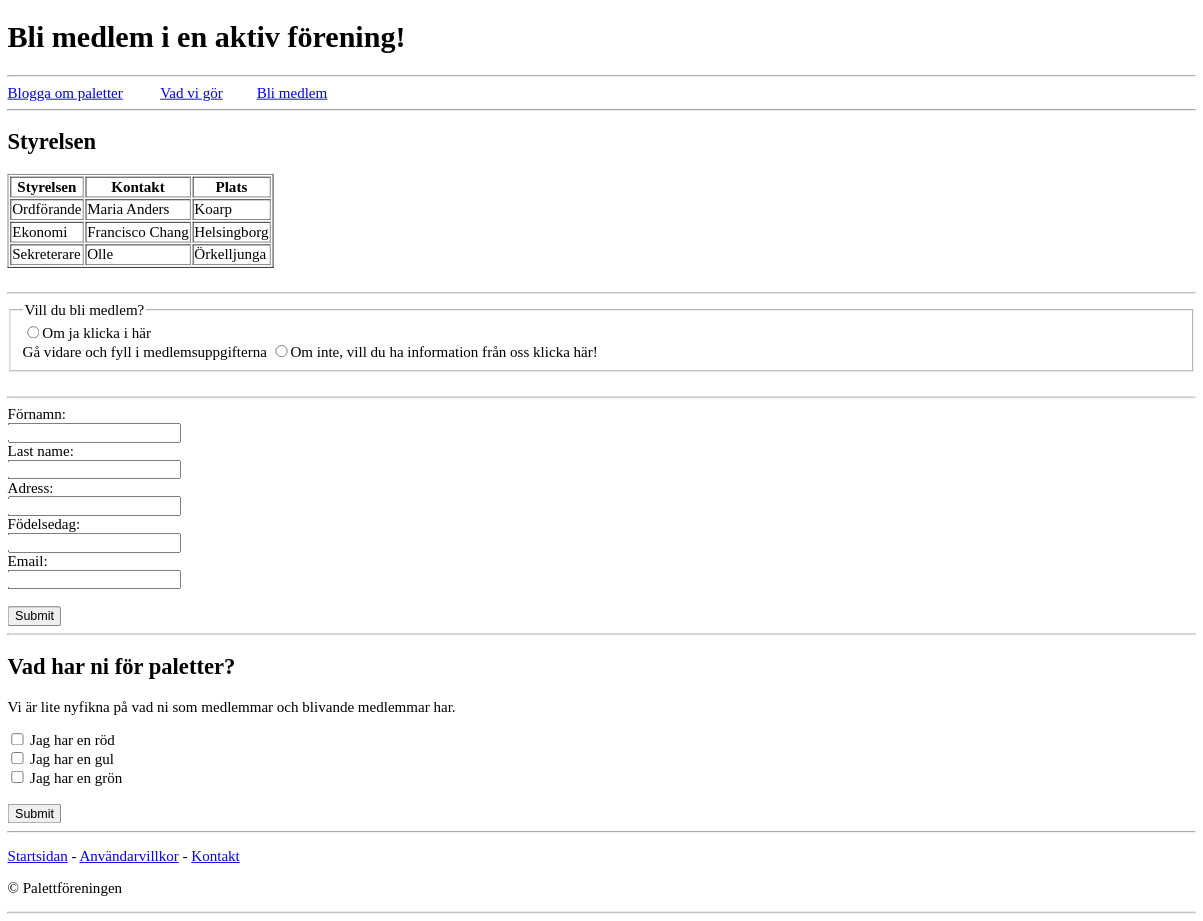
Repository: Webutveckling-20-21/Uppgift-1
Page: medlemskap.html
These files come from the project's save history. The page is drawn as it stood at one moment and after a run of saves; the edit follows.
The browser window is 1280 px wide. The pictures show the whole page, at 94% of full size.

Above is the page before, as saved 2021-09-07 22:19:50.

### medlemskap.html
<!DOCTYPE html>
<html lang="en">

<head>
    <meta charset="UTF-8">
    <meta name="viewport" content="width=device-width, initial-scale=1.0">
    <title>Palettföreningen</title>
</head>

<body>
    <header>
        <h1>Bli medlem i en aktiv förening!</h1>
        <hr>
        <a href="blogg.html">Blogga om paletter</a> &nbsp;&nbsp;&nbsp;&nbsp;&nbsp;&nbsp;&nbsp;&nbsp; <a
            href="verksamheten.html">Vad vi gör</a>&nbsp;&nbsp;&nbsp;&nbsp;&nbsp;&nbsp;&nbsp;&nbsp;
        <a href="medlemskap.html">Bli medlem</a>

    </header>
    <hr>
    <main>
        <h2>Styrelsen</h2>

        <table border="1">
            <tr>
                <th>Styrelsen</th>
                <th>Kontakt</th>
                <th>Plats</th>
            </tr>
            <tr>
                <td>Ordförande</td>
                <td>Maria Anders</td>
                <td>Koarp</td>
            </tr>
            <tr>
                <td>Ekonomi</td>
                <td>Francisco Chang</td>
                <td>Helsingborg</td>
            </tr>
            <tr>
                <td>Sekreterare</td>
                <td>Olle</td>
                <td>Örkelljunga</td>
            </tr>
        </table> <br>
        <hr>

        <form method="post">
            <fieldset>
                <legend>Vill du bli medlem?</legend>
                <label><input type="radio" name="radio">Om ja klicka i här</label><br>
                Gå vidare och fyll i medlemsuppgifterna</a>
                <label><input type="radio" name="radio">Om inte, vill du ha information från oss klicka här!</label>
            </fieldset> <br>
            <hr>
            <label for="fname">Förnamn:</label><br>
            <input type="text" id="text" name="text" value=""><br>
            <label for="lname">Last name:</label><br>
            <input type="text" id="text" name="text" value=""><br>
            <label for="text">Adress:</label><br>
            <input type="text" id="text" name="text" value=""><br>
            <label for="text">Födelsedag:</label><br>
            <input type="text" id="tel" name="text" value=""><br>

            <label for="email">Email:</label><br>
            <input type="email" id="email" name="email" multiple> <br> <br>
            <input type="submit" value="Submit">
        </form>


    </main>
    <hr>
    <aside>
        <h2>Vad har ni för paletter?</h2>
        <p>Vi är lite nyfikna på vad ni som medlemmar och blivande medlemmar har.</p>

        <form>
            <input type="checkbox" id="red" name="red" value="red">
            <label for="red"> Jag har en röd</label><br>
            <input type="checkbox" id="yellow" name="yellow" value="yellow">
            <label for="yellow">Jag har en gul</label><br>
            <input type="checkbox" id="green" name="green" value="green">
            <label for="green"> Jag har en grön</label><br><br>
            <input type="submit" value="Submit">
        </form>




    </aside>
    <hr>
    <footer>
        <nav>
            <p>
                <a href="blogg.html">Startsidan</a> -
                <a href="villkor.html">Användarvillkor</a> -
                <a href="kontakt.html">Kontakt</a>
            </p>
        </nav>
        <p> &copy; Palettföreningen</p>

    </footer>
    <hr>

</body>


</html>

After the next 2 saves:
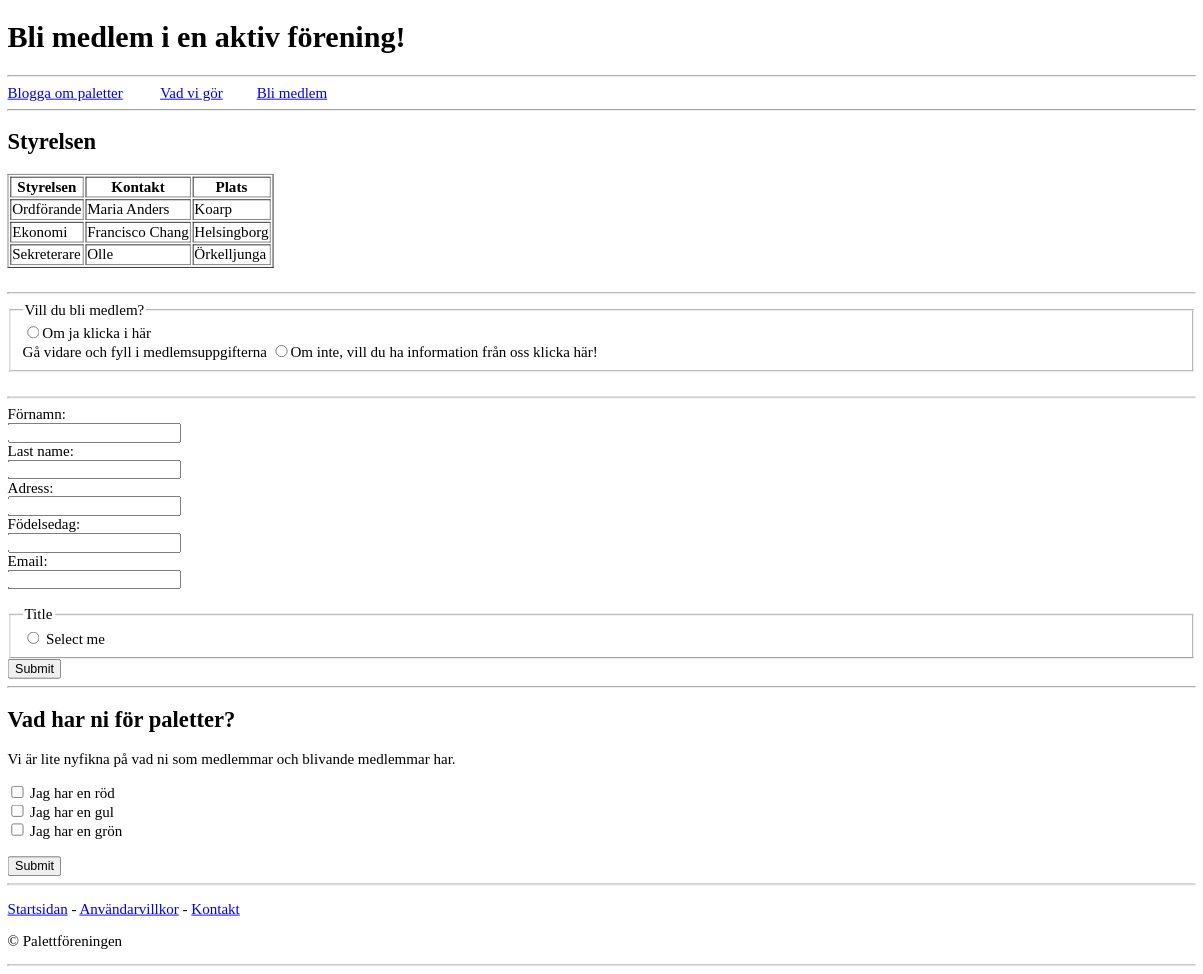
The 2 saves are shown as one change because they came seconds apart.
The last was saved 7 s later.
--- a/medlemskap.html
+++ b/medlemskap.html
@@ -63,6 +63,10 @@
 
             <label for="email">Email:</label><br>
             <input type="email" id="email" name="email" multiple> <br> <br>
+            <fieldset>
+    <legend>Title</legend>
+    <label><input type="radio" name="radio"> Select me</label>
+  </fieldset>
             <input type="submit" value="Submit">
         </form>
 
